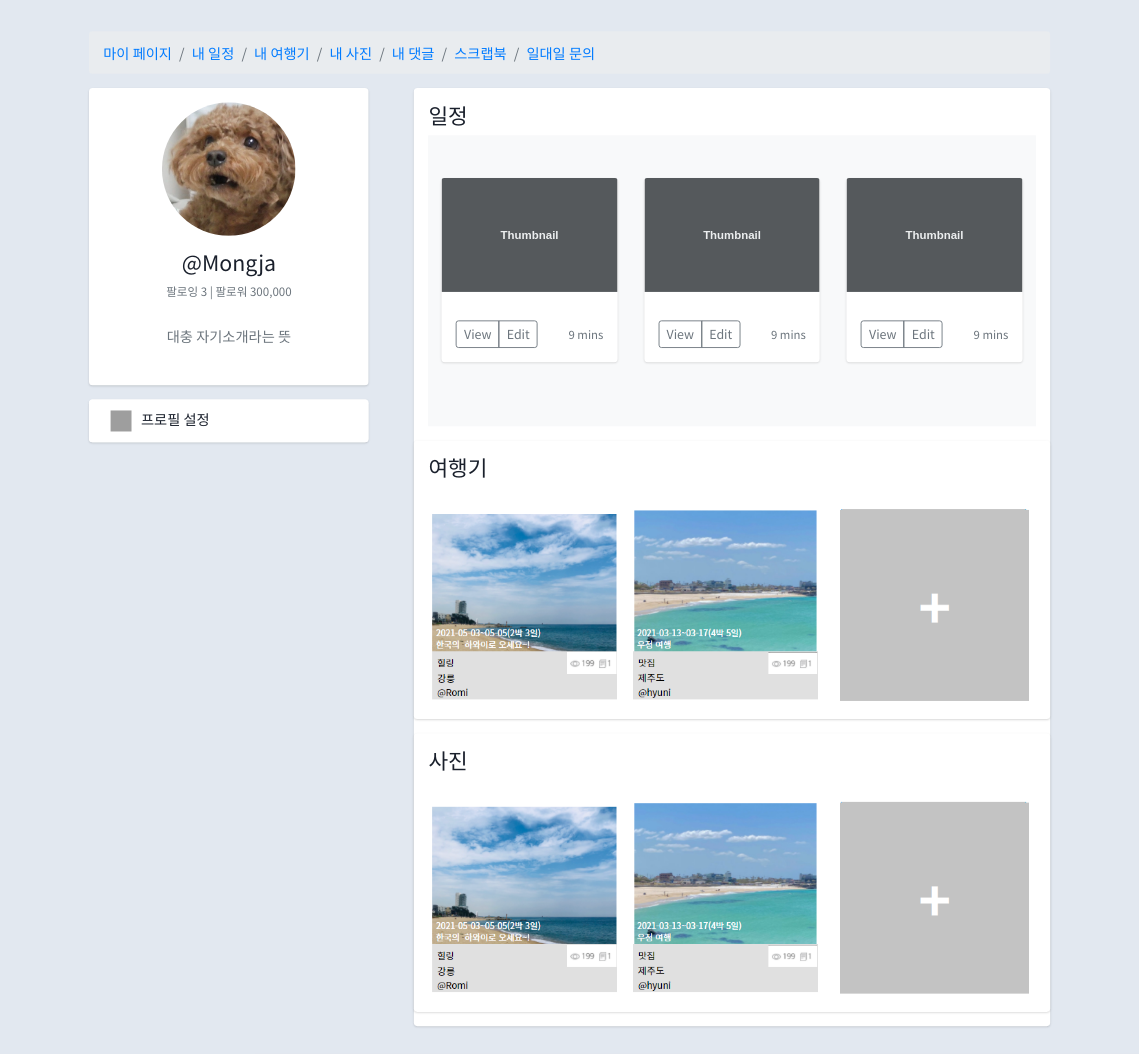
Repository: jangseohyun/LEGGO_2021
Page: http://localhost/PrjApp/ProfileTest.jsp
An editor plug-in stored every save of this project. The page is shown before and after the next save, followed by the edit.
The browser window is 1280 px wide. The pictures show the whole page, at 89% of full size.
Pictures or frames that could not be fetched are drawn as grey boxes. Some web libraries are served in a nearby version. The page is served by Tomcat 9.

Above is the page before, as saved 2021-06-28 13:02:40.

After the next save:
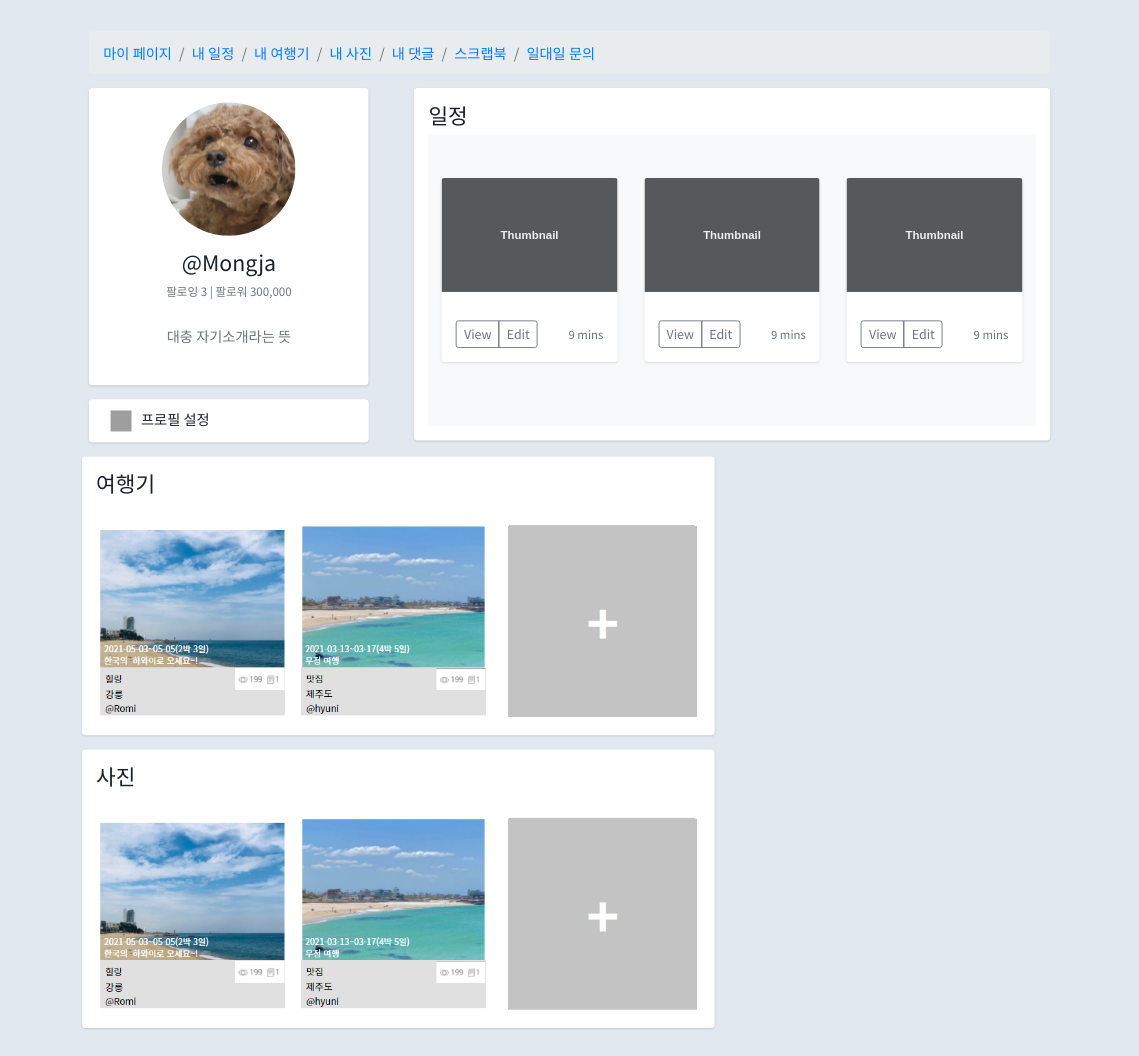
Saved 19 s later.
--- a/PrjApp/WebContent/ProfileTest.jsp
+++ b/PrjApp/WebContent/ProfileTest.jsp
@@ -228,6 +228,8 @@ String cp = request.getContextPath();
 								</div>
 							</div>
 							</div>
+							</div>
+							</div>
 
 								<!-- 여행기 -->
 								<div class="card mb-3">
@@ -244,12 +246,6 @@ String cp = request.getContextPath();
 										<br> <img src="images/sample.PNG" style="height: 220px;">
 									</div>
 								</div>
-
-						<!-- end row gutters-sm -->
-					</div>
-					<!-- end main-body -->
-				</div>
-				<!-- end container -->
 
 				<style type="text/css">
 body {
